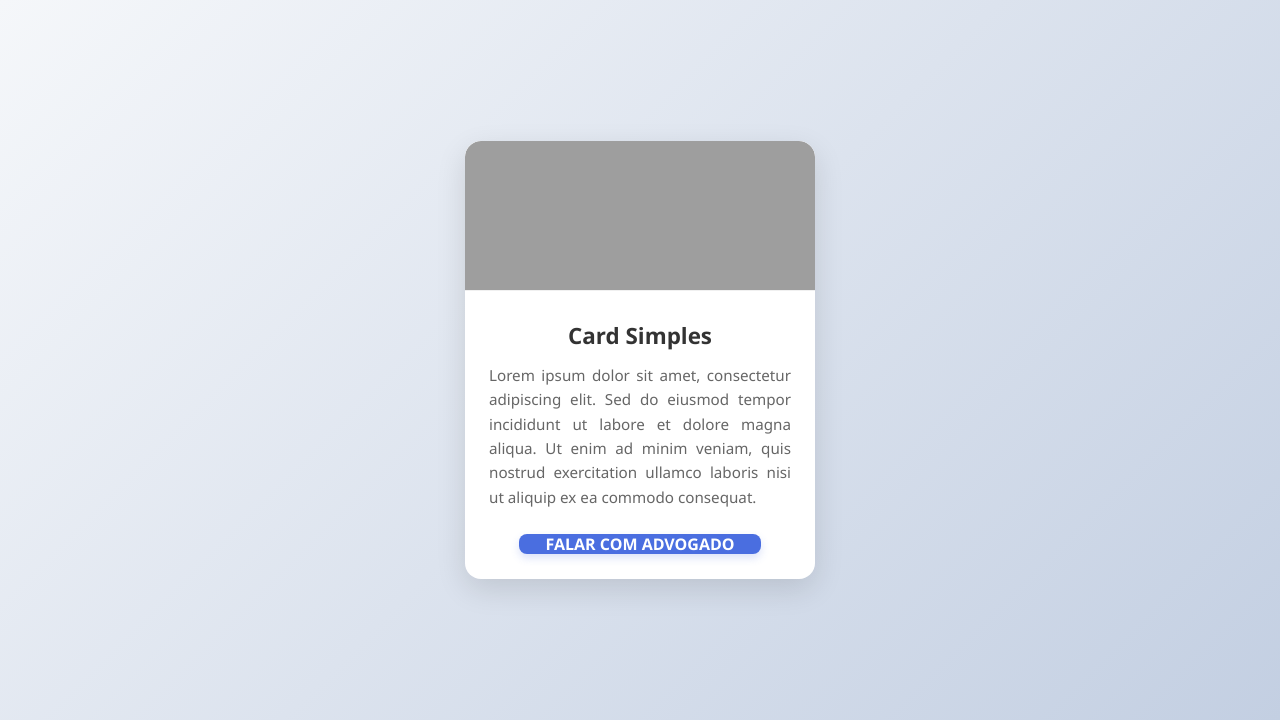
Repository: EmanuelVieiira/landing-page-advocacia
Page: teste.html
These files come from the project's save history. The page is drawn as it stood at one moment and after a run of saves; the edit follows.
The browser window is 1280 px wide. The pictures show the whole page.
Pictures or frames that could not be fetched are drawn as grey boxes.

Above is the page before, as saved 2026-02-04 22:10:12.

### teste.html
<!DOCTYPE html>
<html lang="pt-br">
<head>
    <meta charset="UTF-8">
    <meta name="viewport" content="width=device-width, initial-scale=1.0">
    <title>Card Simples</title>
    <!-- REMOVIDO: link do Font Awesome -->
    <style>
        * {
            margin: 0;
            padding: 0;
            box-sizing: border-box;
            font-family: 'Segoe UI', Tahoma, Geneva, Verdana, sans-serif;
        }

        body {
            display: flex;
            justify-content: center;
            align-items: center;
            min-height: 100vh;
            background: linear-gradient(135deg, #f5f7fa 0%, #c3cfe2 100%);
            padding: 20px;
        }

        .card-container {
            width: 100%;
            max-width: 350px;
            background-color: white;
            border-radius: 16px;
            overflow: hidden;
            box-shadow: 0 10px 30px rgba(0, 0, 0, 0.12);
            transition: transform 0.3s ease, box-shadow 0.3s ease;
        }

        .card-container:hover {
            transform: translateY(-8px);
            box-shadow: 0 15px 35px rgba(0, 0, 0, 0.15);
        }

        .card-img {
            width: 100%;
            height: 150px;
            object-fit: cover;
            border-bottom: 1px solid #f0f0f0;
            border-radius: 16px 16px 0 0;
        }

        .card-content {
            padding: 24px;
            text-align: center;
        }

        .card-title {
            font-size: 1.4rem;
            color: #333;
            margin-bottom: 12px;
            font-weight: 600;
        }

        .card-text {
            color: #666;
            line-height: 1.6;
            margin-bottom: 24px;
            text-align: justify;
            font-size: 0.95rem;
        }

        /* BOTÃO CORRIGIDO - sem Font Awesome */
        .card-button {
            display: inline-block; /* Alterado de inline-flex para inline-block */
            width: 80%; /* Alterado de 70% para 100% */
            height: 20px; /* Alterado de 20% para valor fixo */
            background-color: #4a6ee0;
            color: white;
            border: none;
            border-radius: 8px; /* Aumentado de 3px para 8px */
            cursor: pointer;
            font-size: 1rem; /* Tamanho padrão para texto */
            font-weight: 600; /* Texto em negrito */
            transition: all 0.3s ease;
            box-shadow: 0 4px 8px rgba(74, 110, 224, 0.2);
            text-align: center;
            line-height: 20px; /* Centraliza verticalmente */
            text-decoration: none; /* Remove sublinhado se for link */
        }

        .card-button:hover {
            background-color: #3a5bd0;
            transform: scale(1.02); /* Reduzido de 1.05 para 1.02 */
            box-shadow: 0 6px 12px rgba(74, 110, 224, 0.3);
        }

        .card-button:active {
            transform: scale(0.98);
        }

        @media (max-width: 400px) {
            .card-container {
                max-width: 300px;
            }

            .card-img {
                height: 120px; /* Reduzido para mobile */
            }

            .card-button {
                height: 45px; /* Reduzido para mobile */
                line-height: 45px; /* Ajustado para mobile */
                font-size: 0.95rem;
            }
        }
    </style>
</head>
<body>
    <div class="card-container">
        <!-- Imagem com bordas arredondadas na parte superior -->
        <img src="https://images.unsplash.com/photo-1506744038136-46273834b3fb" alt="Paisagem natural" class="card-img">

        <div class="card-content">
            <h3 class="card-title">Card Simples</h3>
            <p class="card-text">
                Lorem ipsum dolor sit amet, consectetur adipiscing elit. Sed do eiusmod tempor incididunt ut labore et dolore magna aliqua. Ut enim ad minim veniam, quis nostrud exercitation ullamco laboris nisi ut aliquip ex ea commodo consequat.
            </p>

            <!-- Botão corrigido - sem ícone, apenas texto -->
            <button class="card-button" aria-label="Falar com advogado">
                FALAR COM ADVOGADO
            </button>
        </div>
    </div>

    <script>
        // Interatividade simples para o botão
        document.querySelector('.card-button').addEventListener('click', function() {
            alert('Redirecionando para falar com advogado...');
        });
    </script>
</body>
</html>

After the next 2 saves:
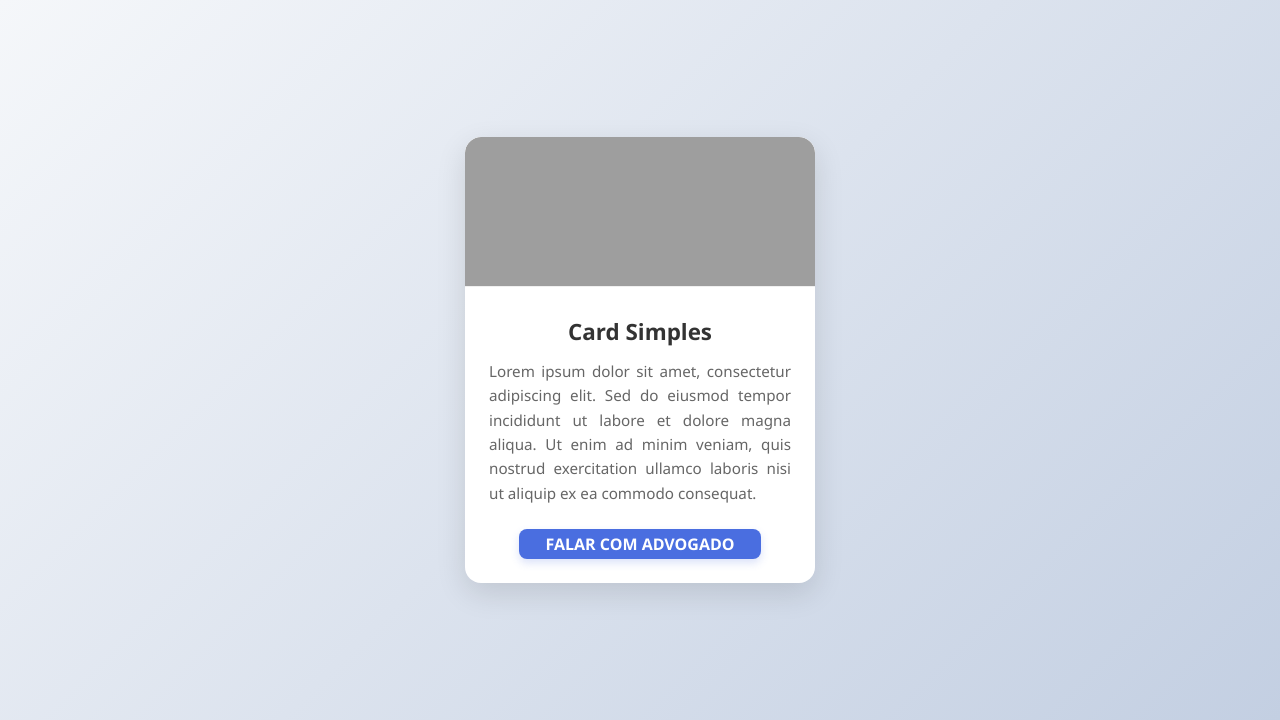
The 2 saves are shown as one change because they came seconds apart.
The last was saved 20 s later.
--- a/teste.html
+++ b/teste.html
@@ -69,7 +69,7 @@
         .card-button {
             display: inline-block; /* Alterado de inline-flex para inline-block */
             width: 80%; /* Alterado de 70% para 100% */
-            height: 20px; /* Alterado de 20% para valor fixo */
+            height: 30px; /* Alterado de 20% para valor fixo */
             background-color: #4a6ee0;
             color: white;
             border: none;
@@ -80,7 +80,7 @@
             transition: all 0.3s ease;
             box-shadow: 0 4px 8px rgba(74, 110, 224, 0.2);
             text-align: center;
-            line-height: 20px; /* Centraliza verticalmente */
+            line-height: 30px; /* Centraliza verticalmente */
             text-decoration: none; /* Remove sublinhado se for link */
         }
 
